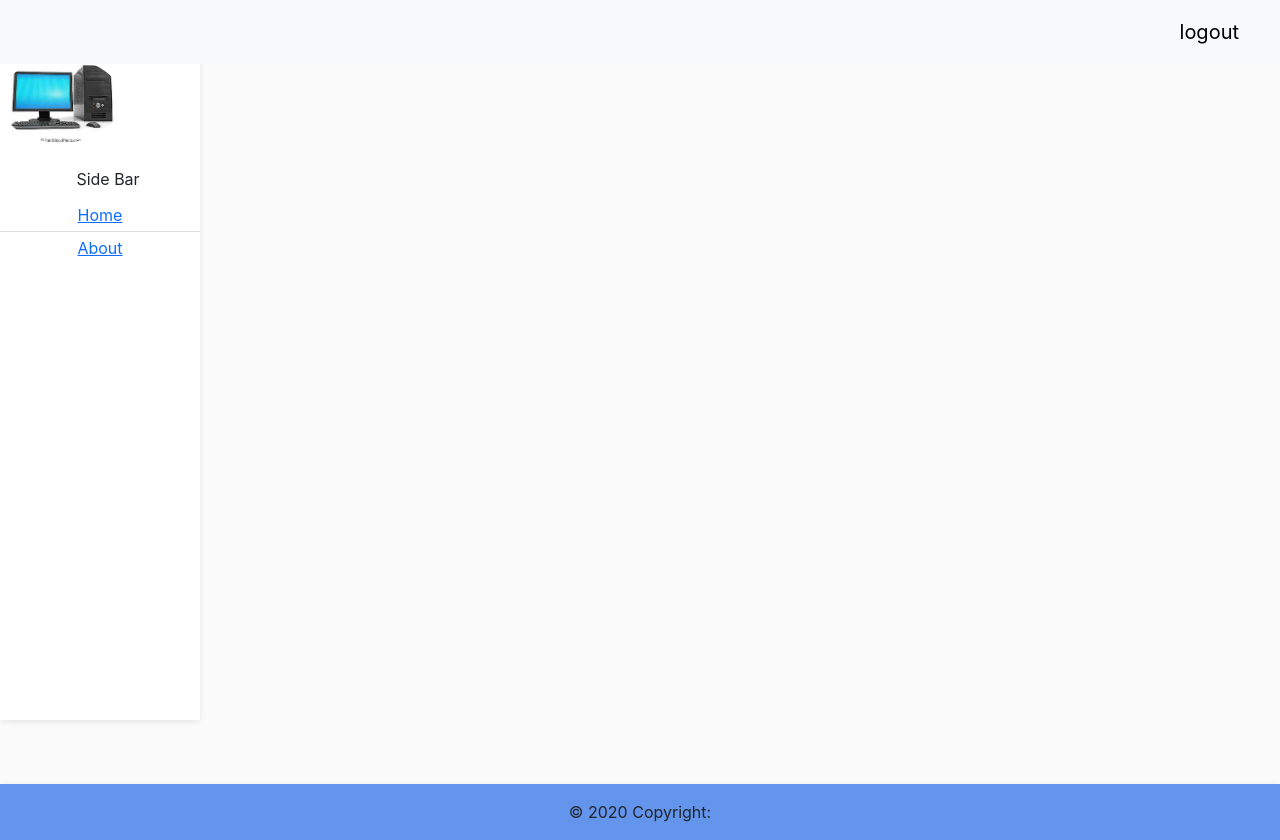
Repository: Sakshamccna/React
Page: /
An editor plug-in stored every save of this project. The page is shown before and after the next save, followed by the edit.
The browser window is 1280 px wide. The pictures show the whole page.
The project was rebuilt for these pictures with package versions that can differ from the ones it lists, and the page was loaded fresh each time. Also part of the build but not shown: src/Components/Home.tsx, src/Components/About.tsx.

Above is the page before, as saved 2022-12-26 12:34:21.

### public/index.html
<!DOCTYPE html>
<html lang="en">

<head>
  <meta charset="utf-8" />
  <link rel="icon" href="%PUBLIC_URL%/favicon.ico" />
  <meta name="viewport" content="width=device-width, initial-scale=1" />
  <meta name="theme-color" content="#000000" />
  <meta name="description" content="Web site created using create-react-app" />
  <link rel="apple-touch-icon" href="%PUBLIC_URL%/logo192.png" />
  <!--
      manifest.json provides metadata used when your web app is installed on a
      user's mobile device or desktop. See https://developers.google.com/web/fundamentals/web-app-manifest/
    -->
  <link rel="manifest" href="%PUBLIC_URL%/manifest.json" />
  <link href="https://cdn.jsdelivr.net/npm/bootstrap@5.2.3/dist/css/bootstrap.min.css" rel="stylesheet"
    integrity="sha384-rbsA2VBKQhggwzxH7pPCaAqO46MgnOM80zW1RWuH61DGLwZJEdK2Kadq2F9CUG65" crossorigin="anonymous">
  <!--
      Notice the use of %PUBLIC_URL% in the tags above.
      It will be replaced with the URL of the `public` folder during the build.
      Only files inside the `public` folder can be referenced from the HTML.

      Unlike "/favicon.ico" or "favicon.ico", "%PUBLIC_URL%/favicon.ico" will
      work correctly both with client-side routing and a non-root public URL.
      Learn how to configure a non-root public URL by running `npm run build`.
    -->
  <title>React App</title>
</head>

<body>
  <noscript>You need to enable JavaScript to run this app.</noscript>
  <div id="root"></div>
  <!--
      This HTML file is a template.
      If you open it directly in the browser, you will see an empty page.

      You can add webfonts, meta tags, or analytics to this file.
      The build step will place the bundled scripts into the <body> tag.

      To begin the development, run `npm start` or `yarn start`.
      To create a production bundle, use `npm run build` or `yarn build`.
    -->
</body>
<script src="https://cdn.jsdelivr.net/npm/bootstrap@5.2.3/dist/js/bootstrap.bundle.min.js"
  integrity="sha384-kenU1KFdBIe4zVF0s0G1M5b4hcpxyD9F7jL+jjXkk+Q2h455rYXK/7HAuoJl+0I4" crossorigin="anonymous"></script>

</html>

### src/App.tsx
import React from 'react';
import logo from './logo.svg';
import './App.css';
import { BrowserRouter, Routes, Route } from 'react-router-dom';
import Headers from './Components/Headers';

import Footers from './Components/Footers';
import Sidebar from './Components/Sidebar';
import Home from './Components/Home';
import About from './Components/About';

function App() {
  return (
    <div className="App">
      <BrowserRouter>

        <Routes>
          <Route path="/" element={<Sidebar />} >
            <Route path="/" element={<Headers />} >
              <Route path="Home" element={<Home />} />
              <Route path="About" element={<About />} />
            </Route>
          </Route>






        </Routes>

      </BrowserRouter>
      <Footers />



    </div >
  );
}

export default App;

### src/Components/Headers.tsx
import React from 'react'
import { Outlet } from 'react-router-dom'
import "./Header.css"

function Headers() {
    return (
        <>
            <nav className="navbar sticky-top bg-light topnav-right">

                <div className="">
                    <div className="d-flex justify-content-center mx-4 ">
                        <button type="button" className="btn btn-light btn-lg">logout</button>
                    </div>

                </div>
            </nav>
            {/* <div className='container'>
                <div className='row'>
                    <div className='col-2'>

                    </div>
                    <div className='col-10'>
                        <div className="sticky-top  topnav-right">
                            <div className="d-flex justify-content-center mx-4 ">
                                <button type="button" className="btn btn-light btn-lg">logout</button>
                            </div>

                        </div>
                    </div>
                </div> */}

            {/* </div> */}
            <Outlet />

        </>
    )
}

export default Headers

### src/Components/Footers.tsx
import React from 'react'
import "./footer.css"

function Footers() {
    return (
        <footer className="footer">


            <div className="footer-copyright text-center py-3">© 2020 Copyright:

            </div>



        </footer>
    )
}

export default Footers

### src/Components/Sidebar.tsx
import React from 'react'
import { Link, Outlet, useNavigate } from "react-router-dom";
import "./sidebar.css"

function Sidebar() {
    return (
        <>
            <nav id="sidebarMenu" className=" d-lg-block navbar-expand-lg navbar-light sidebar bg-white">


                <p
                    className="nav-link d-flex align-items-center center">
                    <img


                        src="hello.jpg"
                        className="rounded-circle"
                        height="85"
                        alt="Avatar"
                        loading="lazy"
                    />
                </p>

                <a
                    className="list-group-item list-group-item-action py-2 ripple"
                    aria-current="true"
                    data-mdb-toggle="collapse"
                    href="#collapseExample1"
                    aria-expanded="true"
                    aria-controls="collapseExample1"
                >
                    <i className="fas fa-tachometer-alt fa-fw me-3"></i><span>Side Bar</span>
                </a>

                <ul id="collapseExample1" className="collapse show list-group list-group-flush">
                    <li className="list-group-item py-1">
                        < Link to="Home" > Home</Link >
                    </li>
                    <li className="list-group-item py-1">
                        < Link to="About" > About</Link >
                    </li>

                </ul>
            </nav>
            <Outlet />

        </>
    )
}

export default Sidebar

### src/Components/Header.css
.topnav-right {
    display: flex;
    justify-content: flex-end;

}

### src/Components/footer.css
.footer {
    margin-top: 100vh;
    box-shadow: 0 2px 5px 0 rgb(0 0 0 / 5%), 0 2px 10px 0 rgb(0 0 0 / 5%);
    background-color: #6495ED;
}

### src/Components/sidebar.css
body {
    background-color: #fbfbfb;
}




.sidebar {
    position: fixed;
    top: 0;
    bottom: 0;
    left: 0;
    padding: 58px 0 0;

    box-shadow: 0 2px 5px 0 rgb(0 0 0 / 5%), 0 2px 10px 0 rgb(0 0 0 / 5%);
    width: 200px;
    z-index: 600;
}

Loaded but not shown: src/index.tsx (common file); src/index.css (common file); src/reportWebVitals.ts (common file); src/App.css (common file)

After the next save:
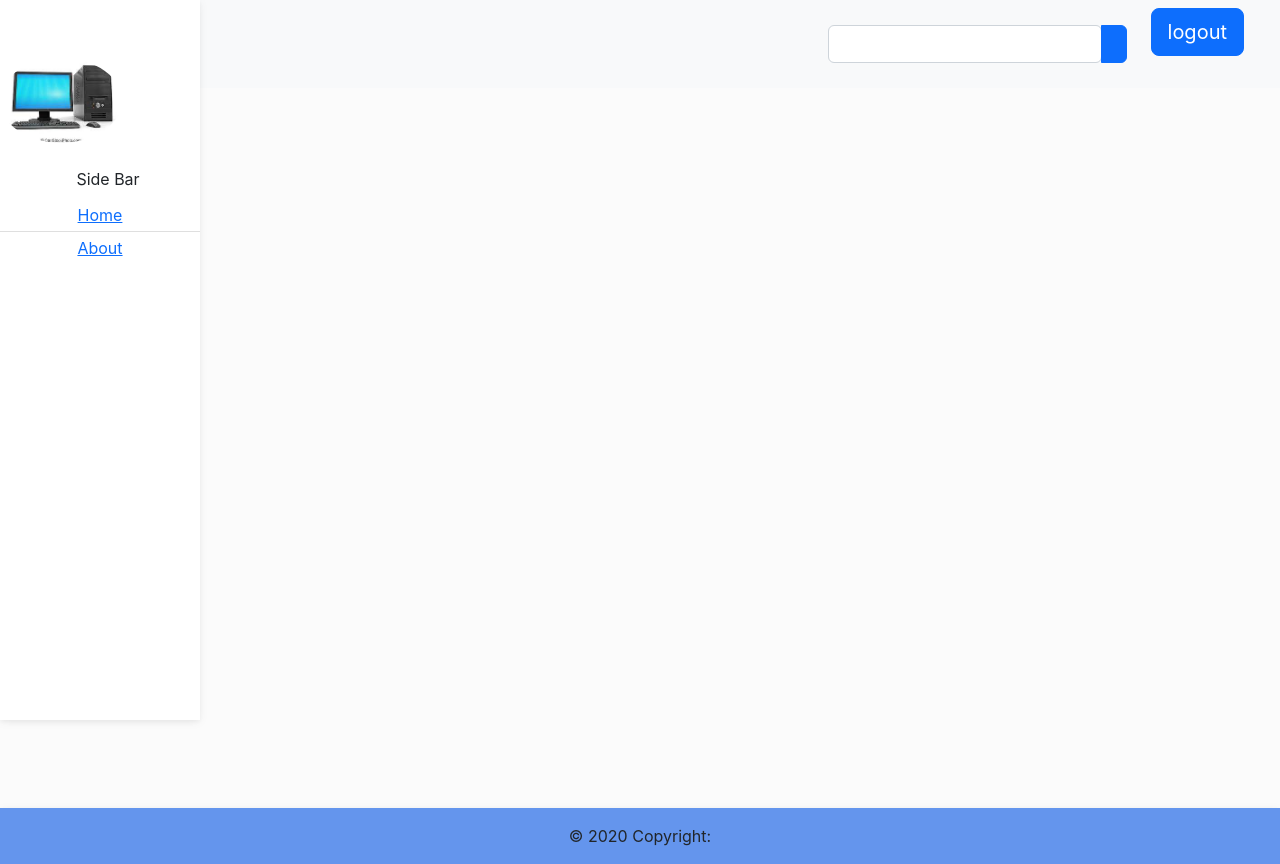
Saved 2 min 41 s later.
--- a/src/Components/Headers.tsx
+++ b/src/Components/Headers.tsx
@@ -5,7 +5,7 @@ import "./Header.css"
 function Headers() {
     return (
         <>
-            <nav className="navbar sticky-top bg-light topnav-right">
+            {/* <nav className="navbar sticky-top bg-light topnav-right">
 
                 <div className="">
                     <div className="d-flex justify-content-center mx-4 ">
@@ -13,7 +13,7 @@ function Headers() {
                     </div>
 
                 </div>
-            </nav>
+            </nav> */}
             {/* <div className='container'>
                 <div className='row'>
                     <div className='col-2'>
@@ -30,6 +30,31 @@ function Headers() {
                 </div> */}
 
             {/* </div> */}
+
+            <nav className="navbar navbar-expand-lg navbar-light bg-light">
+                <div className="container-fluid">
+
+
+                    <ul className="navbar-nav ms-auto d-flex flex-row">
+
+
+
+                        <div className="input-group">
+                            <div className="form-outline">
+                                <input type="search" id="form1" className="form-control" />
+
+                            </div>
+                            <button type="button" className="btn btn-primary">
+                                <i className="fa-light fa-magnifying-glass-plus"></i>
+                            </button>
+                        </div>
+                    </ul>
+                    <div className="d-flex justify-content-center mx-4 mb-3 mb-lg-4">
+                        <button type="button" className="btn btn-primary btn-lg" >logout</button>
+                    </div>
+
+                </div>
+            </nav>
             <Outlet />
 
         </>
